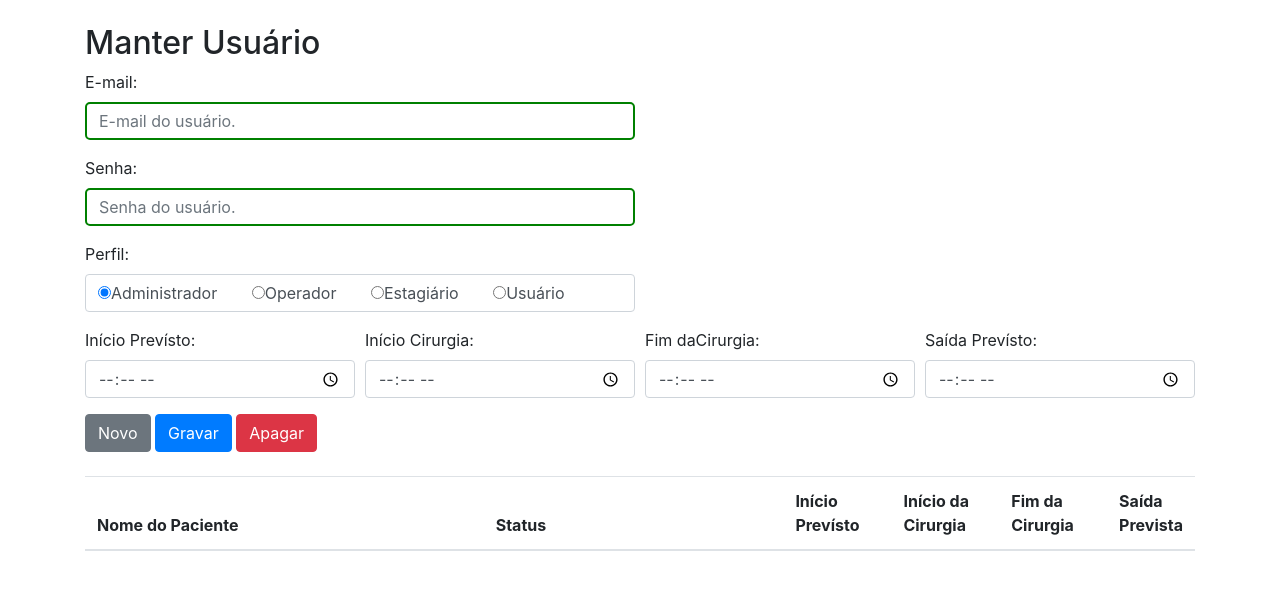
Repository: eduardo-r-jesus/Projeto_Centro_Cirurgico
Page: http://localhost/centro_cirurgico_web/formManterUsuario.jsp
The author's editor kept a copy of each file at every save. The page is drawn from the files as they stood at one save, then again after the next save.
The browser window is 1280 px wide. The pictures show the whole page.
The page is served by Tomcat 9.

Above is the page before, as saved 2021-09-07 00:46:10.

After the next save:
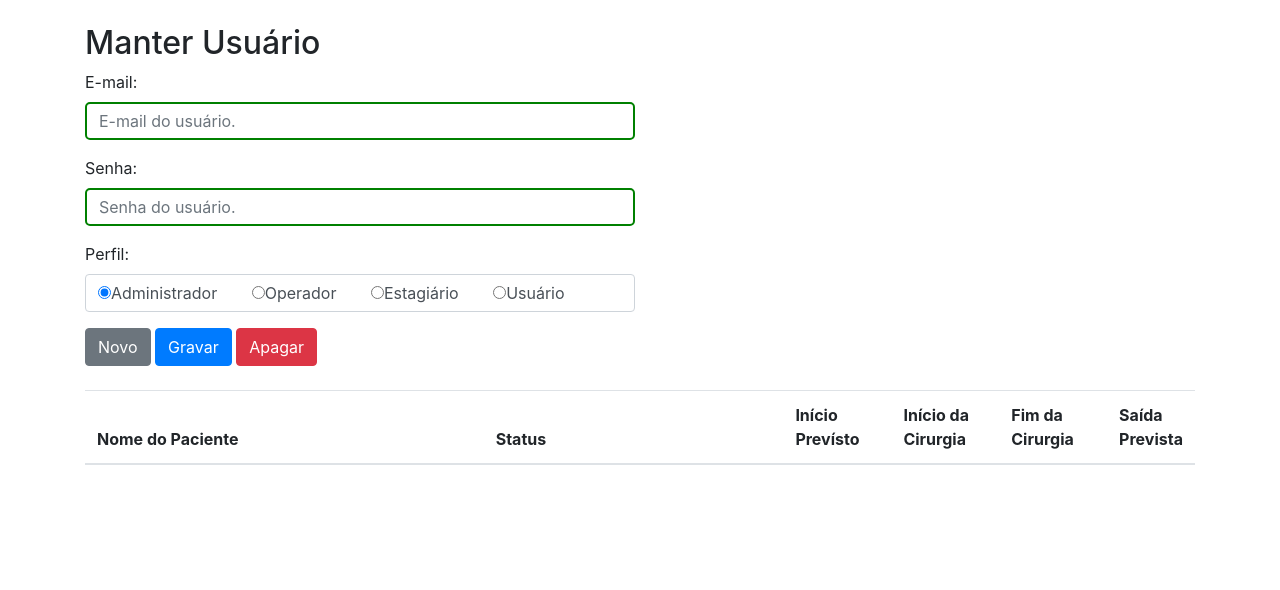
Saved 37 s later.
--- a/centro_cirurgico_web/src/main/webapp/formManterUsuario.jsp
+++ b/centro_cirurgico_web/src/main/webapp/formManterUsuario.jsp
@@ -43,28 +43,6 @@
 				</div>
 			</div>
 
-			<div class="form-row">
-				<div class="form-group  col-md-3">
-					<label for="inicio-previsto">Início Prevísto:</label> <input
-						type="time" class="form-control" id="inicio-previsto"
-						name="inicio-previsto" size="20">
-				</div>
-				<div class="form-group  col-md-3">
-					<label for="inicio-previsto">Início Cirurgia:</label> <input
-						type="time" class="form-control" id="inicio-cirurgia"
-						name="inicio-previsto" size="20">
-				</div>
-				<div class="form-group  col-md-3">
-					<label for="inicio-previsto">Fim daCirurgia:</label> <input
-						type="time" class="form-control" id="fim-cirurgia"
-						name="inicio-previsto" size="20">
-				</div>
-				<div class="form-group  col-md-3">
-					<label for="inicio-previsto">Saída Prevísto:</label> <input
-						type="time" class="form-control" id="saida-previsto"
-						name="inicio-previsto" size="20">
-				</div>
-			</div>
 			<button type="button" class="btn btn-secondary" onclick="limpaForm()">Novo</button>
 			<button type="button" class="btn btn-primary" onclick="gravar(this)">Gravar</button>
 			<button type="button" class="btn btn-danger" onclick="apagar()">Apagar</button>
